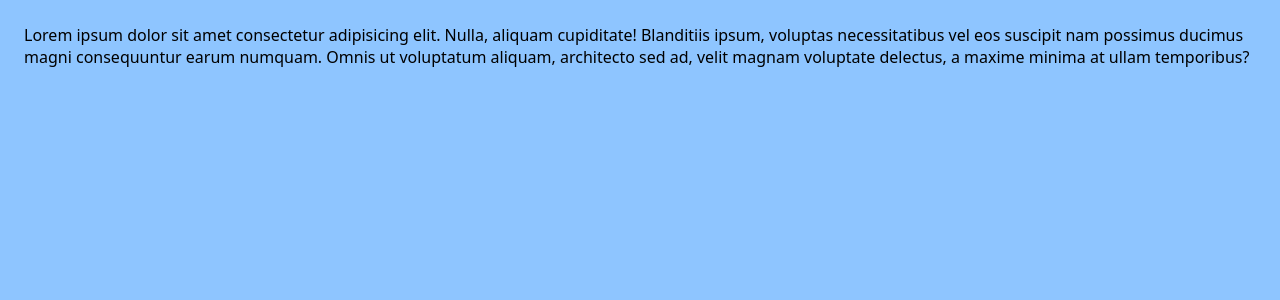
Repository: DinTri/TailwindCss
Page: index.html
An editor plug-in stored every save of this project. The page is shown before and after the next save, followed by the edit.
The browser window is 1280 px wide. The pictures show the whole page.
Some web fonts or font styles are not loaded; a fallback is used.

Above is the page before, as saved 2025-06-08 13:51:07.

### index.html
<!DOCTYPE html>
<html lang="en">
  <head>
    <meta charset="UTF-8">
    <meta name="viewport" content="width=device-width, initial-scale=1">
    <title>Play with Tailwind</title>
    <link rel="preconnect" href="https://fonts.googleapis.com">
<link rel="preconnect" href="https://fonts.gstatic.com" crossorigin>
<link href="https://fonts.googleapis.com/css2?family=Edu+VIC+WA+NT+Hand+Pre:wght@400..700&display=swap" rel="stylesheet">
    <link rel="stylesheet" href="style.css">
    </head>
  <body class="bg-blue-300">
    <div class="m-2 p-4 space-y-2">
    <p class="text-10xl leading-snug">Lorem ipsum dolor sit amet consectetur adipisicing elit. Nulla, aliquam cupiditate! Blanditiis ipsum, voluptas necessitatibus vel eos suscipit nam possimus ducimus magni consequuntur earum numquam. Omnis ut voluptatum aliquam, architecto sed ad, velit magnam voluptate delectus, a maxime minima at ullam temporibus?</p>
  </div>
  </body>
</html>

Loaded but not shown: style.css (2230 lines, source omitted)

After the next save:
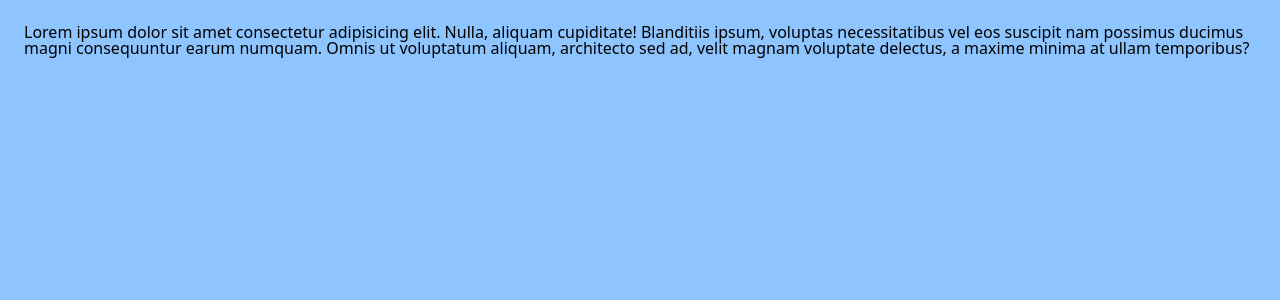
Saved 13 s later.
--- a/index.html
+++ b/index.html
@@ -11,7 +11,7 @@
     </head>
   <body class="bg-blue-300">
     <div class="m-2 p-4 space-y-2">
-    <p class="text-10xl leading-snug">Lorem ipsum dolor sit amet consectetur adipisicing elit. Nulla, aliquam cupiditate! Blanditiis ipsum, voluptas necessitatibus vel eos suscipit nam possimus ducimus magni consequuntur earum numquam. Omnis ut voluptatum aliquam, architecto sed ad, velit magnam voluptate delectus, a maxime minima at ullam temporibus?</p>
+    <p class="text-10xl leading-none">Lorem ipsum dolor sit amet consectetur adipisicing elit. Nulla, aliquam cupiditate! Blanditiis ipsum, voluptas necessitatibus vel eos suscipit nam possimus ducimus magni consequuntur earum numquam. Omnis ut voluptatum aliquam, architecto sed ad, velit magnam voluptate delectus, a maxime minima at ullam temporibus?</p>
   </div>
   </body>
 </html>
